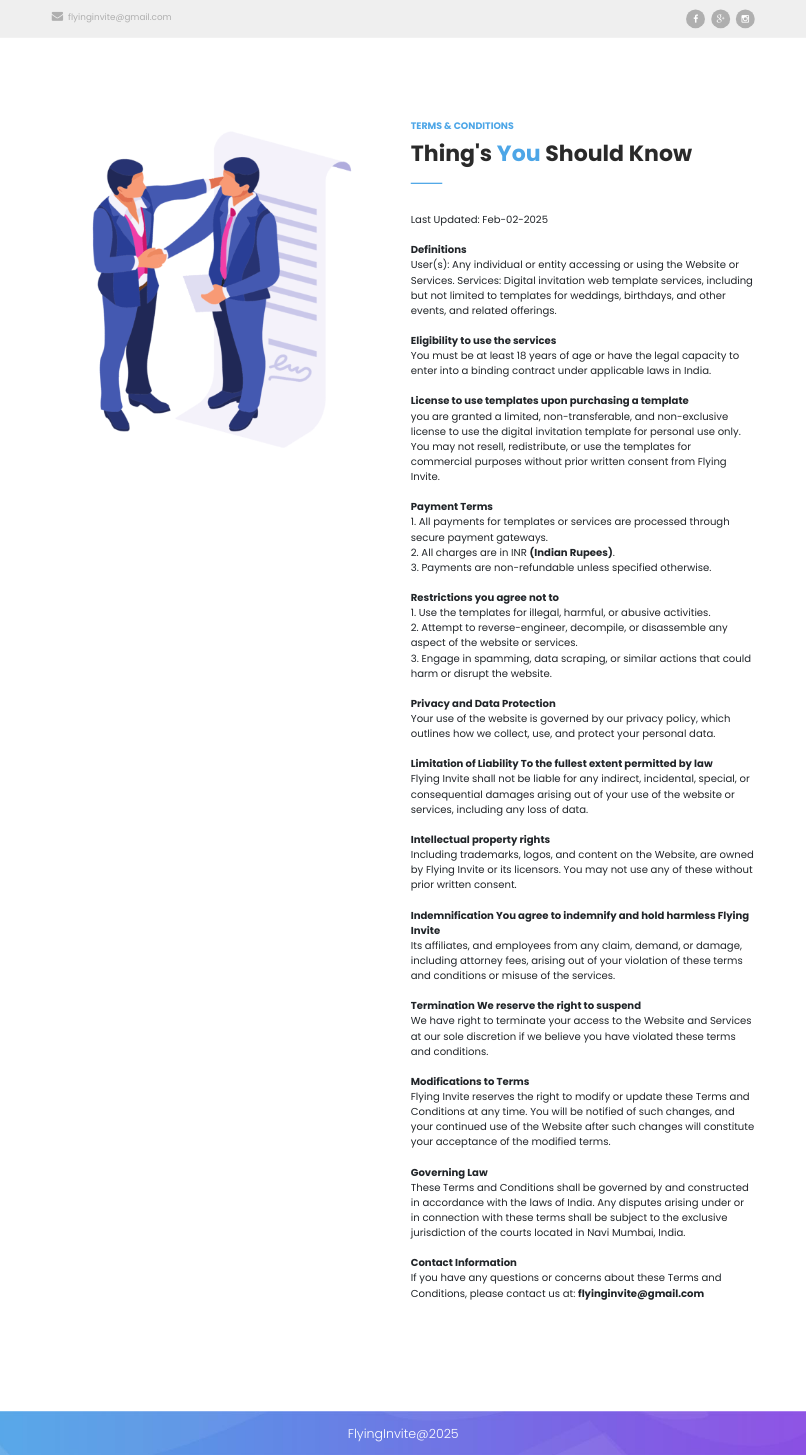
Repository: viraj7551/Flying-Invite-Project
Page: http://localhost/FlyingInvite/terms_and_condition_page.jsp
The author's editor kept a copy of each file at every save. The page is drawn from the files as they stood at one save, then again after the next save.
The browser window is 1280 px wide. The pictures show the whole page, at 63% of full size.
The page is served by Tomcat 9.

Above is the page before, as saved 2025-04-27 08:11:51.

After the next save:
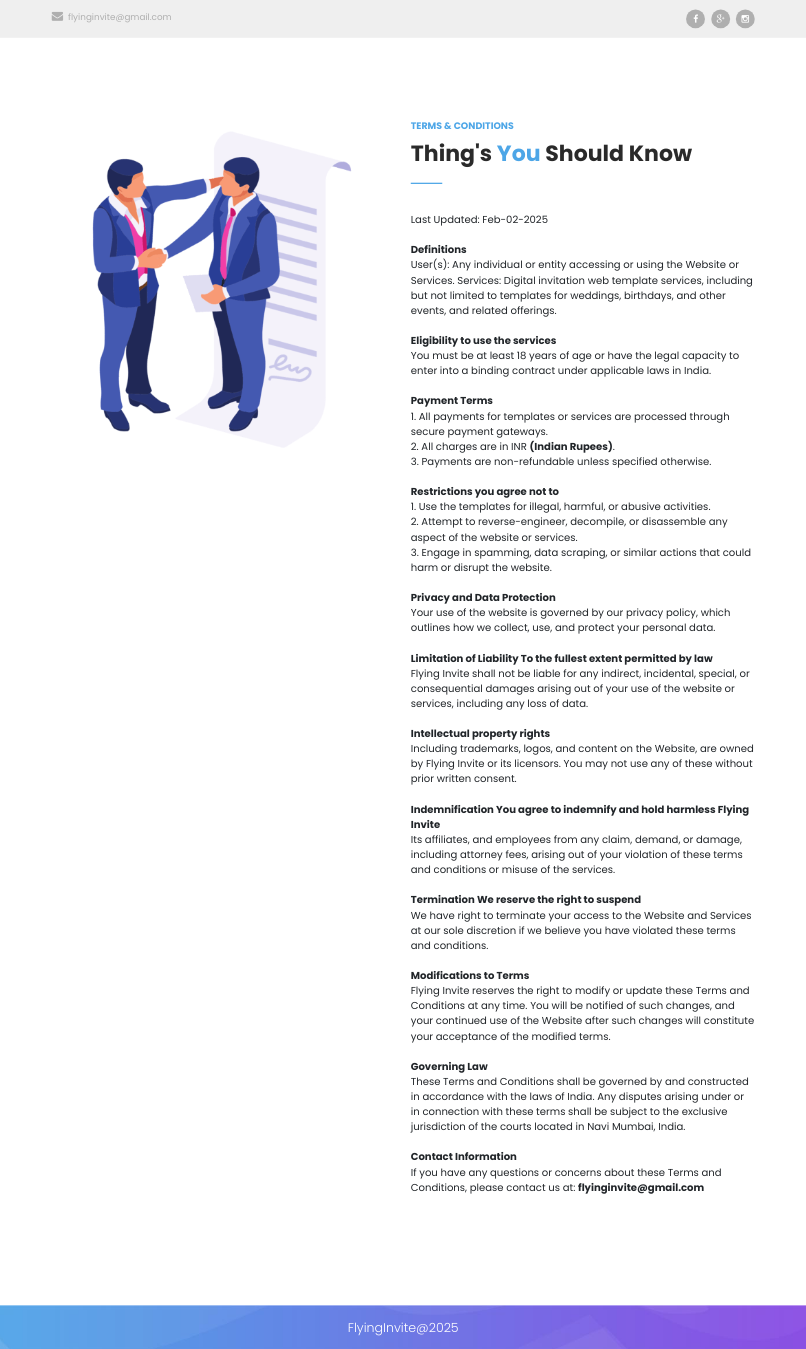
Saved 48 s later.
--- a/FlyingInvite/WebContent/terms_and_condition_page.jsp
+++ b/FlyingInvite/WebContent/terms_and_condition_page.jsp
@@ -100,9 +100,6 @@
                     <ul><strong>Eligibility to use the services</strong>
                       <li>You must be at least 18 years of age or have the legal capacity to enter into a binding contract under applicable laws in India.</li>
                     </ul> <br>
-                    <ul><strong>License to use templates upon purchasing a template</strong>
-                        <li>you are granted a limited, non-transferable, and non-exclusive license to use the digital invitation template for personal use only. You may not resell, redistribute, or use the templates for commercial purposes without prior written consent from Flying Invite.</li>
-                    </ul> <br>
                     <ul><strong>Payment Terms</strong>
                         <li>1. All payments for templates or services are processed through secure payment gateways.</li>
                         <li>2. All charges are in INR <strong>(Indian Rupees)</strong>.</li>
